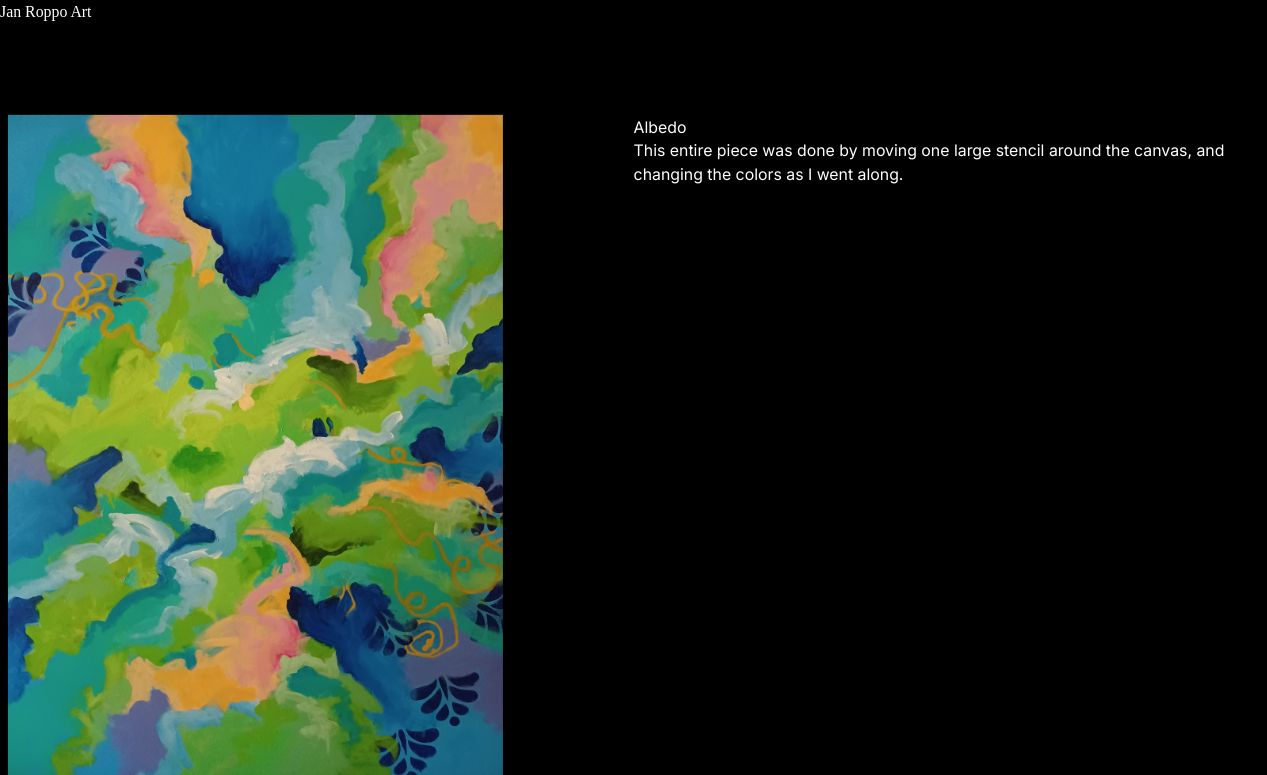
Repository: YanceMcFinn/JRArt
Page: /works/albedo
An editor plug-in stored every save of this project. The page is shown before and after the next save, followed by the edit.
The browser window is 1280 px wide. The pictures show the whole page, at 99% of full size.
The project was rebuilt for these pictures with package versions that can differ from the ones it lists, and the page was loaded fresh each time. The framework's server and built-in components were replaced by stand-ins that run in the browser. Also part of the build but not shown: next.config.js.

Above is the page before, as saved 2023-10-08 15:53:03.

After the next save:
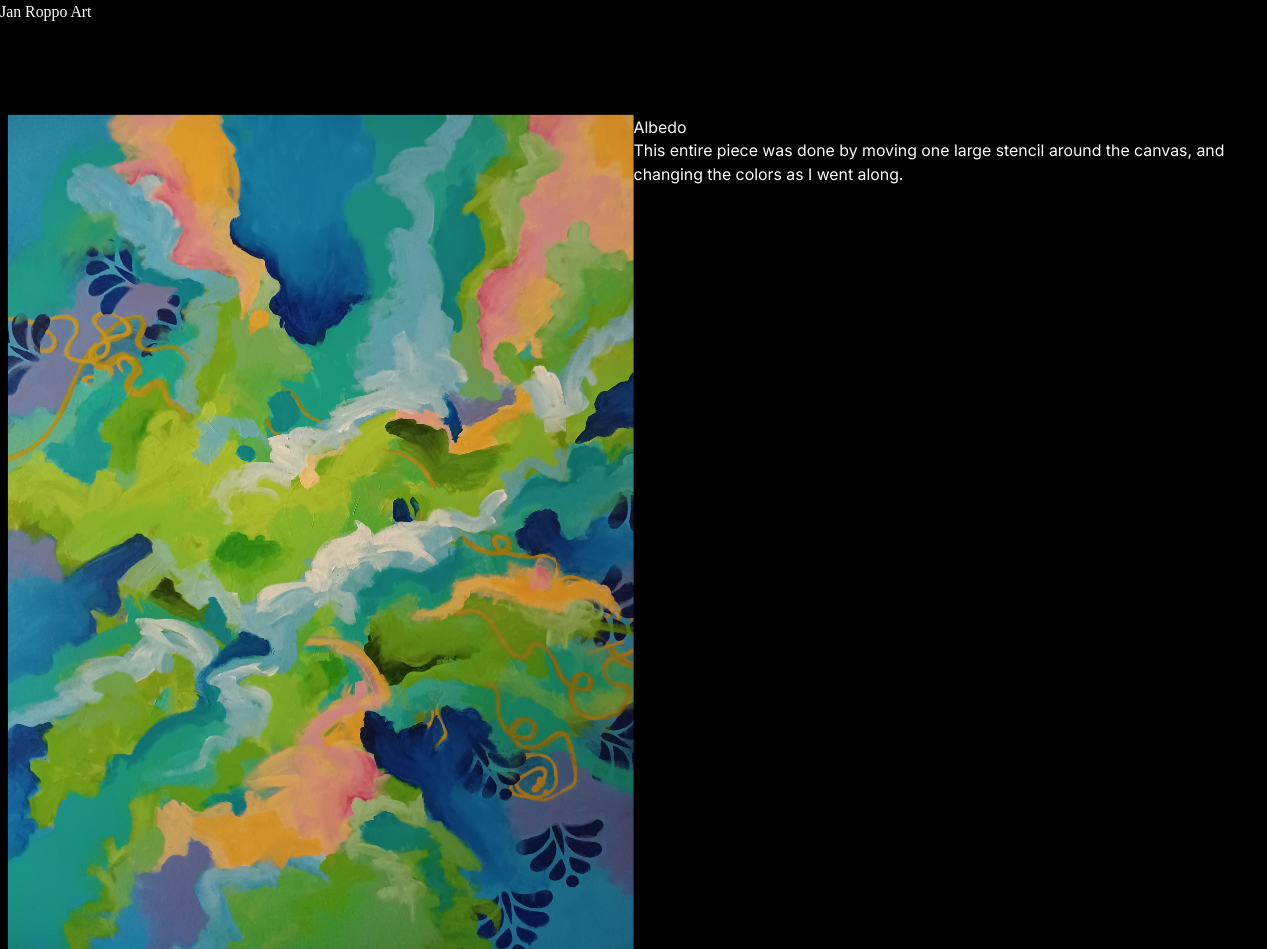
Saved 7 min 48 s later.
--- a/app/works/[title]/page.js
+++ b/app/works/[title]/page.js
@@ -18,10 +18,7 @@ export default function Work({params}){
   return(
     <div className="flex flex-row px-2 mt-5">
       <div className="basis-1/2 align-items-center">
-        <Image src={`/${piece.title.replaceAll(" ", "_")}.jpg`}
-
-          width={500}
-          height={500}
+        <img src={`../../../public/${piece.title.replaceAll(" ", "_")}.jpg`}
           alt={piece.title} />
       </div>
       <div className="basis-1/2">
